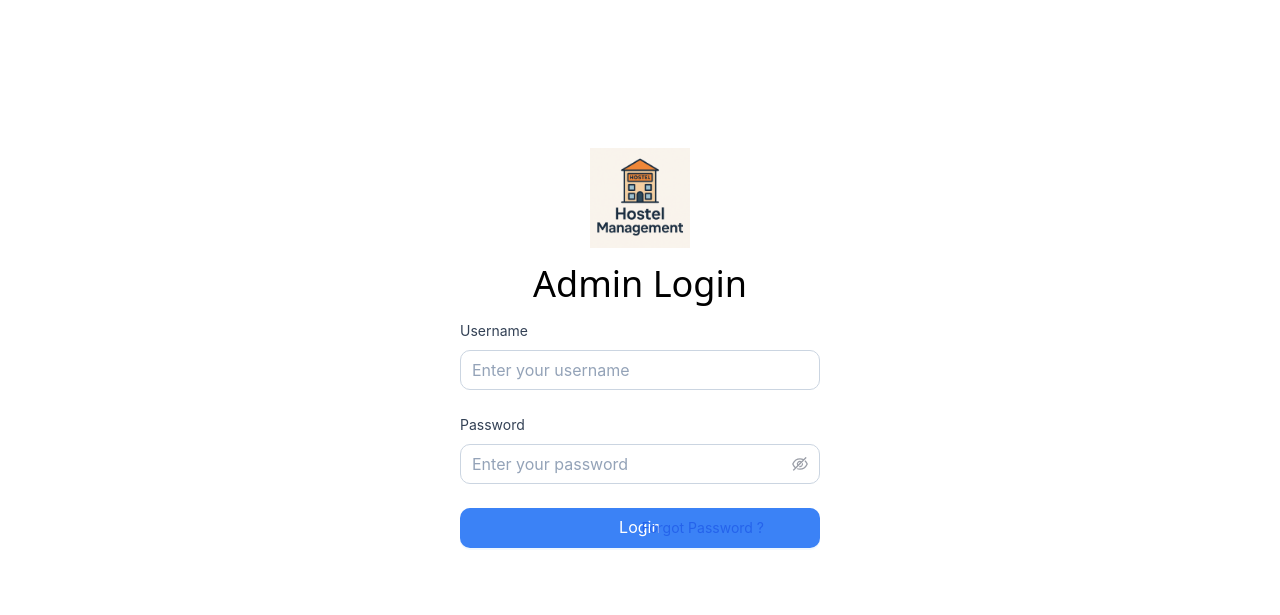
Repository: sujal984/Hostel-Management-System
Page: /Admin/accepted-applications (app in frontend/)
These files come from the project's save history. The page is drawn as it stood at one moment and after the next save; the edit follows.
The browser window is 1280 px wide. The pictures show the whole page.
The project was rebuilt for these pictures with package versions that can differ from the ones it lists, and the page was loaded fresh each time. Also part of the build but not shown: frontend/vite.config.js, frontend/src/components/Acceptedapplication.jsx, frontend/src/components/AdminDashboard.jsx, frontend/src/components/StepForms.jsx, frontend/src/components/ApplicationForm.jsx, frontend/src/components/TrackStatus.jsx, frontend/src/components/Temporary.jsx, frontend/src/components/ApplicationDetail.jsx and 2 more.

Above is the page before, as saved 2025-08-02 17:24:07.

After the next save:
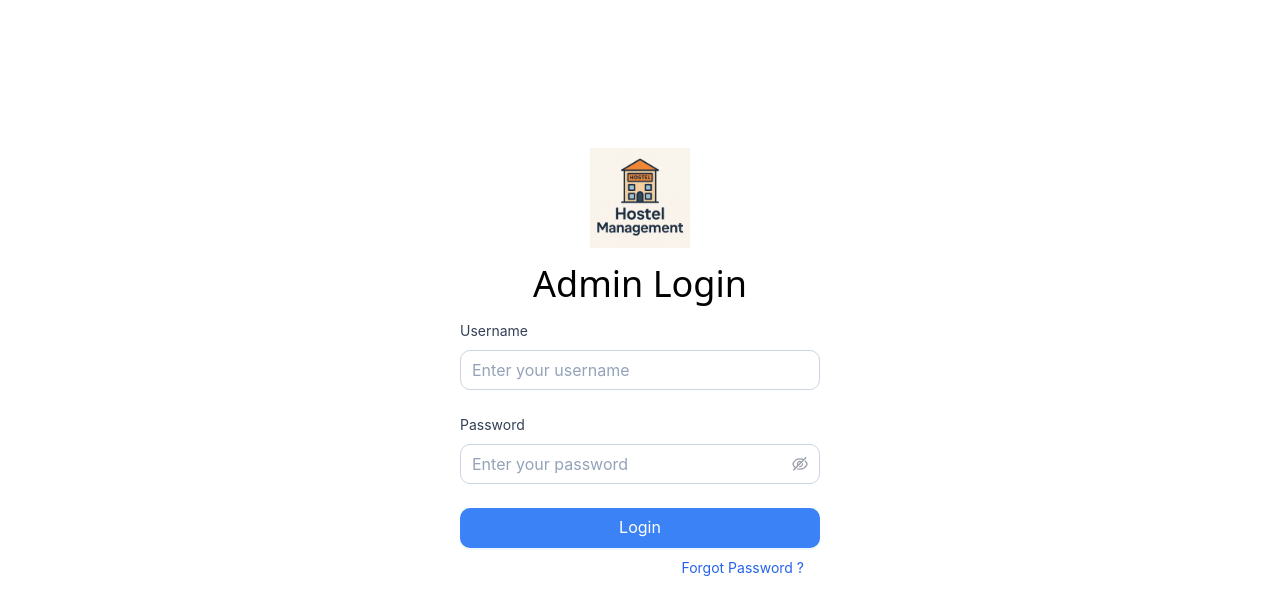
Saved 5 s later.
--- a/frontend/src/components/AdminLogin.jsx
+++ b/frontend/src/components/AdminLogin.jsx
@@ -112,7 +112,7 @@ function AdminLogin() {
                   <Button
                     type="link"
                     href={ROUTES.ForgotPassword}
-                    className="!absolute top-0 right-10 "
+                    className="!absolute top-10 right-0"
                   >
                     Forgot Password ?
                   </Button>
